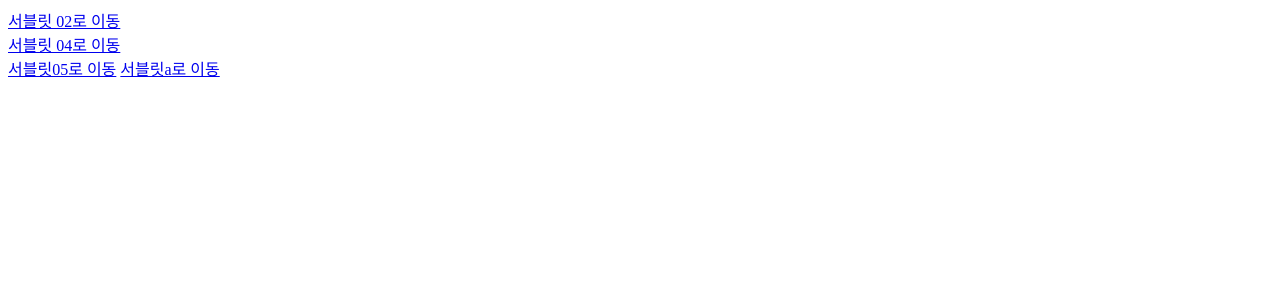
Repository: Minh137/java_works
Page: web05/src/main/webapp/index.html
The author's editor kept a copy of each file at every save. The page is drawn from the files as they stood at one save, then again after the next save.
The browser window is 1280 px wide. The pictures show the whole page.

Above is the page before, as saved 2024-08-26 01:30:51.

After the next save:
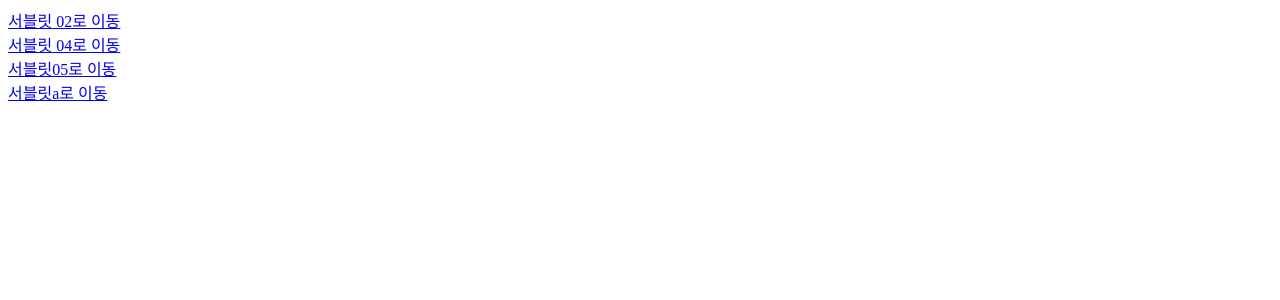
Saved 116 s later.
--- a/web05/src/main/webapp/index.html
+++ b/web05/src/main/webapp/index.html
@@ -7,7 +7,7 @@
 <body>
  <a href="servlet01?str=james">서블릿 02로 이동</a><br>
   <a href="servlet03?str=alice">서블릿 04로 이동</a><br>
-  <a href="servlet05?str=andrew">서블릿05로 이동</a>
+  <a href="servlet05?str=andrew">서블릿05로 이동</a><br>
   <a href="servleta">서블릿a로 이동</a>
 </body>
 </html>
